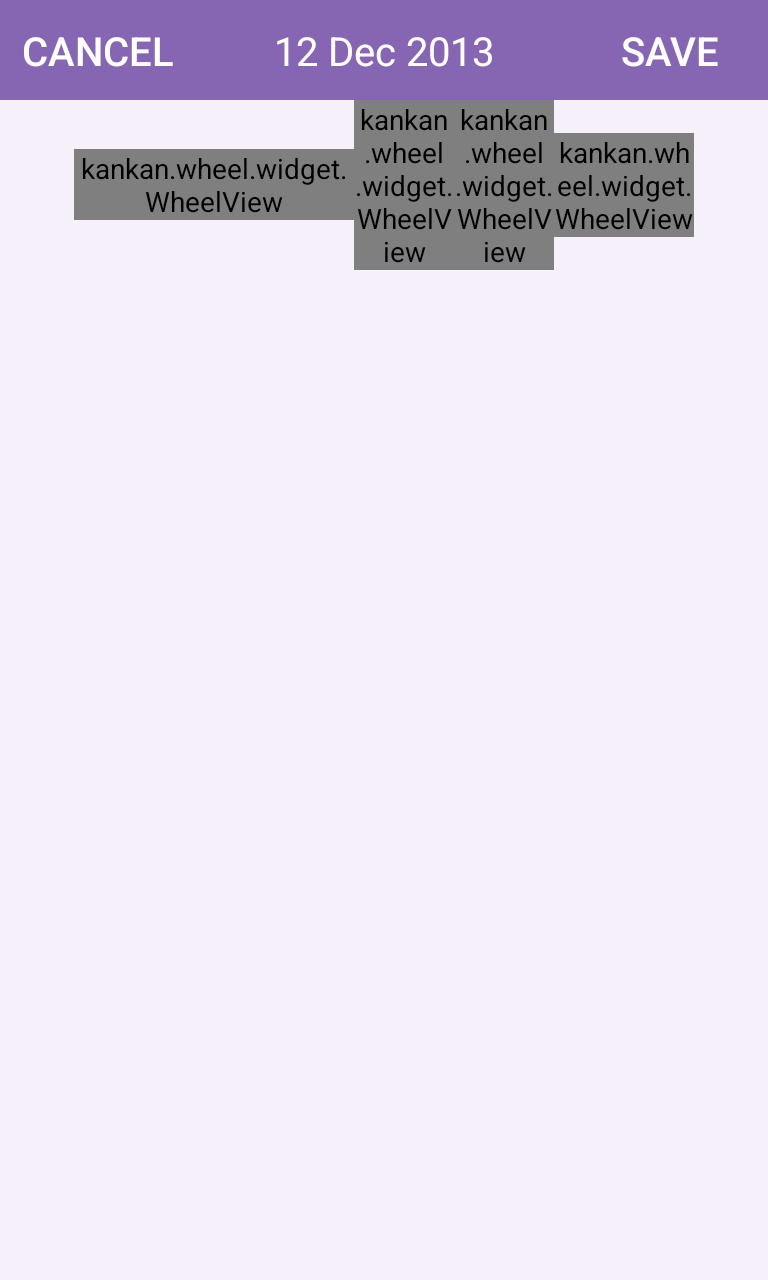
Repository: HighAley/android-uipicker
Layout: android-ui-picker-view/res/layout/dialog_time.xml
An editor plug-in stored every save of this project. The layout is shown before and after the next save, followed by the edit.
Pictures or frames that could not be fetched are drawn as grey boxes. It is drawn on a 768 x 1280 px phone screen (xhdpi) without system bars, with theme AppTheme; the app's code is not run.

Above is the layout before, as saved 2014-10-02 12:21:32.

### android-ui-picker-view/res/layout/dialog_time.xml
<?xml version="1.0" encoding="utf-8"?>
<RelativeLayout xmlns:android="http://schemas.android.com/apk/res/android"
    android:layout_width="fill_parent"
    android:layout_height="wrap_content"
    android:background="@color/main_color_light">
    <RelativeLayout android:id="@+id/layout_titlebar"
        android:layout_width="fill_parent"
        android:layout_height="50dp"
        android:background="@color/main_color">
        <Button android:id="@+id/btn_cancel"
	        android:layout_width="wrap_content"
	        android:layout_height="wrap_content"
	        android:layout_alignParentLeft="true"
	        android:text="@string/cancel"
	        android:textSize="20sp"
	        android:textColor="@android:color/white"
	        android:background="@android:color/transparent"
	        android:layout_centerVertical="true"
	        android:layout_marginLeft="5dp"/>
	    <TextView android:id="@+id/title"
	        android:layout_width="wrap_content"
	        android:layout_height="fill_parent"
	        android:gravity="center"
	        android:layout_centerInParent="true"
	        android:textColor="@color/white"
	        android:textSize="20sp"
	        android:text="@string/_date1"/>
	    <TextView android:id="@+id/type"
	        android:layout_width="wrap_content"
	        android:layout_height="fill_parent"
	        android:layout_alignParentLeft="true"
	        android:layout_marginLeft="3dp"
	        android:gravity="center_vertical"
	         android:textColor="@color/white"
	        android:textSize="20sp"
	        android:text="@string/_end"
	        android:visibility="gone"/>
	    <Button android:id="@+id/btn_save"
	        android:layout_width="wrap_content"
	        android:layout_height="wrap_content"
	        android:text="@string/save"
	        android:textColor="@android:color/white"
	        android:textSize="20sp"
	        android:layout_alignParentRight="true"
	        android:layout_centerVertical="true"
	        android:background="@android:color/transparent"
	        android:layout_marginRight="5dp"/>
    </RelativeLayout>
    <LinearLayout android:id="@+id/layout1"
        android:layout_height="wrap_content"
        android:layout_width="fill_parent"
        android:gravity="center"
        android:layout_below="@id/layout_titlebar">

		<kankan.wheel.widget.WheelView android:id="@+id/day"
            android:layout_height="wrap_content"
            android:layout_width="140dp"/>
        <kankan.wheel.widget.WheelView android:id="@+id/hour"
            android:layout_height="wrap_content"
            android:layout_width="50dp"/>
        <kankan.wheel.widget.WheelView android:id="@+id/mins"
            android:layout_height="wrap_content"
            android:layout_width="50dp"/>
        <kankan.wheel.widget.WheelView android:id="@+id/am_pm"
            android:layout_height="wrap_content"
            android:layout_width="70dp"/>
    </LinearLayout>

</RelativeLayout>

### android-ui-picker-view/res/values/styles.xml
<resources>

    <!--
        Base application theme, dependent on API level. This theme is replaced
        by AppBaseTheme from res/values-vXX/styles.xml on newer devices.
    -->
    <style name="AppBaseTheme" parent="Theme.AppCompat.Light">
        <!--
            Theme customizations available in newer API levels can go in
            res/values-vXX/styles.xml, while customizations related to
            backward-compatibility can go here.
        -->
    </style>

    <!-- Application theme. -->
    <style name="AppTheme" parent="AppBaseTheme">
        <!-- All customizations that are NOT specific to a particular API-level can go here. -->
    </style>

    <style name="DialogAnimation">
        <item name="android:windowEnterAnimation">@anim/slide_up_dialog</item>
        <item name="android:windowExitAnimation">@anim/slide_out_down</item>
   </style>

    <!-- Animation for dialog box -->
    <style name="DialogSlideAnim" parent="@android:style/Theme.Dialog">
        <item name="android:windowAnimationStyle">@style/DialogAnimation</item>
        <item name="android:windowBackground">@android:color/transparent</item>
    </style>
</resources>

### android-ui-picker-view/res/values/colors.xml
<?xml version="1.0" encoding="utf-8"?>
<resources>
    <color name="main_color">#8666b2</color>
    <color name="main_color_transparent">#cc8666b2</color>
    <color name="main_color_light">#f6f0fb</color>
    <color name="main_color_gray">#f3f3f3</color>
    <color name="main_color_text">#a28ac3</color>
    <color name="main_color_disabled">#c2b2d8</color>
    <color name="main_color_blackish">#7e628d</color>
    <color name="main_bg">#f6f0fb</color>
    <color name="sliding_menu_bg">#e0e2e6</color>
    <color name="sliding_menu_header_bg">#f2f3f4</color>
    <color name="actionbar_blue">#5fb0d2</color>
    <color name="title_color">#7e89a5</color>
    <color name="white_transparent">#18ffffff</color>
    <color name="white_transparent_tile">#40ffffff</color>
    <color name="black_transparent">#18000000</color>
    <color name="white">@android:color/white</color>
    <color name="black">@android:color/black</color>
    <color name="divider_dark_gray">#aaaaaa</color>
    <color name="divider_light_gray">#cccccc</color>
    <color name="red_text">#ce1100</color>
    <color name="darker_gray_bg">#cccccc</color>
    <color name="black_text">#555555</color>
    <color name="gray_text">#999999</color>
    <color name="label">#8690ab</color>
    <color name="pink">#c05c99</color>
    <color name="transparent_pink">#885473</color>
    <color name="red">#df2056</color>
    <color name="tile0">#d25945</color>
    <color name="tile1">#c3a165</color>
    <color name="tile2">#629b6e</color>
    <color name="tile3">#d58b8b</color>
    <color name="tile4">#8666b2</color>
    <color name="tile5">#65b3b9</color>
    <color name="tile0_pressed">#915349</color>
    <color name="tile1_pressed">#897759</color>
    <color name="tile2_pressed">#59745d</color>
    <color name="tile3_pressed">#926c6c</color>
    <color name="tile5_pressed">#5a8083</color>
    <color name="menu_separator">#191918</color>
    <color name="menu_bg">#1c1c1b</color>
    <color name="transparent_black">#30000000</color>
    <color name="btn_bg">#30000000</color>

    <color name="wheel_sel_text_color">#8666b2</color>
    <color name="wheel_unsel_text_color">#508666b2</color>

    <color name="chart_color1">#6a4e78</color>
    <color name="chart_color2">#b48f57</color>
    <color name="chart_color3">#c34139</color>
    <color name="chart_color4">#caaa27</color>
    <color name="chart_color5">#528b5b</color>
    <color name="chart_color6">#bb8327</color>
    <color name="chart_color7">#6394ec</color>
    <color name="Acquamarine">#7FFFD4</color>
</resources>

### android-ui-picker-view/res/values/strings.xml
<?xml version="1.0" encoding="utf-8"?>
<resources>

    <!-- Dummy Strings -->
    <string name="_back">Back</string>
    <string name="_title">Title</string>
    <string name="_time1">9:45 PM</string>
    <string name="_time2">10:45 PM</string>
    <string name="_timer">05:12</string>
    <string name="_timer1">00:00</string>
    <string name="_hour1">1 hour</string>
    <string name="_name_harry">Harry</string>
    <string name="_name_emma">Emma</string>
    <string name="_date">21/12/2013</string>
    <string name="_date1">12 Dec 2013</string>
    <string name="_end">END</string>
    <string name="_duration">4h 25m</string>
    <string name="_duration1">9h 17m</string>
    <string name="_duration2">4h 25m</string>
    <string name="_duration3">30 min</string>
    <string name="_bottle_event">Bottle EVENT</string>
    <string name="_nursing">Nursing</string>
    <string name="_account_creation">Account Creation</string>
    <string name="_pumping">Pumping</string>
    <string name="_email">govind@mobisys.in</string>

    <!-- Strings -->
    <string name="loading">Loading...</string>
    <string name="app_name">Baby Sidekick</string>
    <string name="reset">Reset</string>
    <string name="reset_password">Reset Password</string>
    <string name="are_you_sure">Are You Sure?</string>
    <string name="reset_confirmation_msg">Do you want to reset the events position with default position?</string>
    <string name="back">Back</string>
    <string name="date">Date</string>
    <string name="time">Time</string>
    <string name="timeline">Timeline</string>
    <string name="update">Update</string>
    <string name="start">Start</string>
    <string name="start_time">START TIME</string>

    <string name="action_settings">Settings</string>
    <string name="sleep">Sleep</string>
    <string name="bottle">Bottle</string>
    <string name="pumping">Pumping</string>
    <string name="nursing">Nursing</string>
	<string name="new_user">I\'m a new user</string>
	<string name="existing_user">I\'m an existing user</string>
	<string name="new_profile">NEW CHILD PROFILE</string>
	<string name="edit_child_profile">Edit Child Profile</string>
	<string name="child">CHILD</string>
	<string name="childrens">Childrens</string>
	<string name="connect_to_existing_ciield">Connect to existing child</string>
	<string name="label_name">Name:</string>
	<string name="label_gender">Gender:</string>
	<string name="label_birthday">Birthday:</string>
	<string name="label_baby_drinks">Baby Drinks:</string>
	<string name="boy">Boy</string>
	<string name="girl">Girl</string>
	<string name="hint_baby_name">Baby name</string>
	<string name="hint_caregiver_name">Caregiver name</string>
	<string name="caregiver">CAREGIVER</string>
	<string name="male">Male</string>
	<string name="female">Female</string>
	<string name="take_photo">Take Photo</string>
	<string name="save_new_child">Save New Child</string>
	<string name="save">Save</string>
	<string name="cancel">Cancel</string>
	<string name="today">TODAY</string>
	<string name="dash">--</string>
	<string name="end_time">END TIME</string>
	<string name="left_breast">Left Breast</string>
	<string name="right_breast">Right Breast</string>
	<string name="notes_area">Notes Area</string>
	<string name="add_photo">Add Photo</string>
	<string name="latest_events">LATEST EVENTS</string>
	<string name="last">LAST</string>
	<string name="min">MIN</string>
	<string name="qty">QTY</string>
	<string name="oz">oz</string>
	<string name="ml">ml</string>
	<string name="inches">Inches</string>
	<string name="foot">Foot/In</string>
	<string name="cm">Cm</string>
	<string name="lbs">Lbs</string>
	<string name="lbs_oz">Lbs/oz</string>
	<string name="kg">Kg</string>
	<string name="duration">DURATION</string>
	<string name="timer">TIMER</string>
	<string name="milk">Milk</string>
	<string name="formula">Formula</string>
	<string name="juice">Juice</string>
	<string name="water">Water</string>
	<string name="pee">Pee</string>
	<string name="potty">Potty</string>
	<string name="diaper_rash">Diaper Rash</string>
	<string name="applied_cream">Applied Cream</string>
	<string name="dry">Dry</string>
	<string name="poop">Poop</string>
	<string name="consistency">Consistency</string>
	<string name="color">Color</string>
	<string name="quantity">QUANTITY</string>
	<string name="yesterday">YESTERDAY</string>
	<string name="label_nursing">NURSING</string>
	<string name="label_7day_avg">7DAY AVG</string>
	<string name="label_last">LAST</string>
	<string name="label_bottle">BOTTLE</string>
	<string name="label_diaper">DIAPER</string>
	<string name="label_pumping">PUMPING</string>
	<string name="label_sleep">SLEEP</string>
	<string name="label_solid">FOOD</string>
	<string name="label_bath">BATH</string>
	<string name="label_head_size">HEAD SIZE</string>
	<string name="label_height">HEIGHT</string>
	<string name="label_weight">WEIGHT</string>
	<string name="label_milestone">MILESTONE</string>
	<string name="weight">Weight</string>
	<string name="height">Height</string>
	<string name="headsize">Headsize</string>
	<string name="charts">CHARTS</string>
	<string name="reminders">REMINDERS</string>
	<string name="dark_mode">DARK MODE</string>
	<string name="add_caregiver">ADD CAREGIVER</string>
	<string name="edit_user_profile">Edit User Profile</string>
	<string name="edit_caregiver_profile">Edit Caregiver Profile</string>
	<string name="add_edit_child">Add/Edit Children</string>
	<string name="customize_home_page">Customize Home Page</string>
	<string name="synchronize">Synchronize</string>
	<string name="home">Home</string>
	<string name="logout">Logout</string>
	<string name="faq">FAQ</string>
	<string name="support">Support</string>
	<string name="tip_custom_screen">Please tap on the tile which you want to change.</string>
	<string name="empty">Empty</string>
	<string name="select_from">Select From</string>
    <string name="camera">Camera</string>
    <string name="gallery">Gallery</string>
    <string name="retry">RETRY</string>
	<string name="error_uncaught">Sorry, there was an unexpected error.</string>
    <string name="no_connection">Unable to connect to our servers. Please check your data connection.</string>
    <string name="no_internet">No Internet</string>
    <string name="create_account">CREATE ACCOUNT</string>
    <string name="create_online_account">Create Online Account</string>
    <string name="Legal">Legal</string>
    <string name="privacy_policy">Privacy Policy</string>
    <string name="terms_and_conditions">Terms &amp; Conditions</string>
    <string name="empty_event">--</string>
    <string name="save_changes">Save Changes</string>
    <string name="delete">Delete</string>
    <string name="confirm">Confirm</string>
    <string name="msg_delete_event">Do you want to delete this event ?</string>
    <string name="msg_event_added">%s event added</string>
    <string name="new_milestone">New Milestone</string>
    <string name="smiling">Smiling</string>
    <string name="lifting_head">Lifting Head</string>
    <string name="rolling_back_to_front">Rolling back to front</string>
    <string name="rolling_front_to_back">Rolling front to back </string>
    <string name="grabbing">Grabbing</string>
    <string name="hugging">Hugging</string>
    <string name="playing_peekaboo">Playing peekaboo</string>
    <string name="sitting_up">Sitting up</string>
    <string name="crawling">Crawling</string>
    <string name="pulling_up">Pulling up</string>
    <string name="new_tooth">New Tooth</string>
    <string name="first_word">First word</string>
    <string name="clapping_hands">Clapping Hands</string>
    <string name="waving_bye_bye">Waving bye bye</string>
    <string name="standing_up">Standing up</string>
    <string name="taking_first_step">Taking first step</string>
    <string name="walking">Walking</string>
    <string name="month">Month</string>
    <string name="days_30">30 days</string>
    <string name="days_7">7 days</string>
    <string name="caregiver_single">%d caregiver</string>
    <string name="caregivers">%d caregivers</string>
    <string name="child_updated">Child updated successfully</string>
    <string name="child_added">Child added successfully</string>
    <string name="change_password">Change Password</string>
    <string name="msg_stop_timer">Please stop the timer to save the event, or click the "Back" button to return to the homepage while timer continues.</string>

    <string name="bread">Bread</string>
    <string name="fish">Fish</string>
    <string name="rice">Rice</string>
    <string name="cereal">Cereal</string>
    <string name="fruit">Fruit</string>
    <string name="sweets">Sweets</string>
    <string name="dairy">Dairy</string>
    <string name="meat">Meat</string>
    <string name="veggie">Veggie</string>
    <string name="eggs">Eggs</string>
    <string name="pasta">Pasta</string>
    <string name="yogurt">Yogurt</string>
    <string name="refused_food">Refused Food</string>
    <string name="other">Other</string>
    <string name="first_time_sync">First sync running</string>

    <!-- Latest events string format -->
    <string name="bottle_latest_event" formatted="false">&#40;%s&#41; %s %s</string>
    <string name="weight_latest_event" formatted="false">%.2f %s</string>
    <string name="weight_lbs_oz_latest_event" formatted="false">%dlbs %doz</string>
    <string name="nursing_latest_event" formatted="false">%s min L, %s min R</string>
    <string name="pumping_latest_event" formatted="false">%sL, %sR %s</string>
    <string name="height_latest_event" formatted="false">%s %s</string>
    <string name="headsize_latest_event" formatted="false">%s %s</string>
    <string name="diaper_latest_event_1" formatted="false">Pee+Poop &#40;%s, %s&#41;</string>
    <string name="diaper_latest_event_2" formatted="false">Pee+Poop</string>
    <string name="diaper_latest_event_3" formatted="false">Pee</string>
    <string name="diaper_latest_event_4" formatted="false">Dry</string>
    <string name="sleep_latest_event" formatted="false">%s (%s)</string>

    <!-- String titles -->
    <string name="bottle_event">BOTTLE</string>
    <string name="pumping_event">PUMPING</string>
    <string name="create_profile">Create Profile</string>
    <string name="customize">Customize</string>
    <string name="account_created">Account created</string>
    <string name="caregiver_added">Caregiver added</string>
    <string name="create_profile_alert">Before you can add anew caregiver you must craete an online account.</string>
    <string name="name">Name\:</string>
    <string name="association">Association\:</string>
    <string name="e_mail">E-mail\:</string>
    <string name="password">Password</string>
    <string name="email">Email</string>
    <string name="message">Message</string>
    <string name="_password">Password\:</string>
    <string name="password_hint">6 to 20 letters or numbers</string>
	<string name="confirm_password">Confirm Password\:</string>
	<string name="sign_in">Sign In</string>
	<string name="forgot_password">Forgot Password</string>
	<string name="tc1">By clicking Create Acccount, you agree to our</string>
	<string name="tc1_launcher">By using this application you are agreeing to our</string>
	<string name="tc3">Terms &amp; Conditions</string>
	<string name="tc4">and</string>
	<string name="tc5">Privacy Policies</string>
    <string name="info_mother_association">Mother caregivers have permission to view and edit all information for child</string>
	<string name="send_invitation">Send e-mail invitation to new caregiver?</string>
	<string name="yes">Yes</string>
	<string name="no">No</string>
	<string name="add_child">Add Child</string>
	<string name="msg_support">Have an issue, comment or feature request? Contact us here or send us an email at support@babysidekick.com.</string>
	<string name="send">Send</string>
	<string name="msg_add_message">Please write some message for us.</string>
	<string name="req_posted">Thank you for posting support request.</string>
	<string name="msg_reset_password">Your password has been reset and sent to your email address.</string>
	<string name="success">Success</string>
	<string name="old_password">Old Password</string>
	<string name="new_password">New Password</string>
	<string name="confirm_password_hint">Confirm Password</string>
	<string name="msg_change_password">Change Password successfully</string>
	<string name="white_noise">White Noise</string>
	<string name="msg_legal_home">By using this application you are agreeing to our &lt;a href="http://www.babysidekick.com/terms-and-conditions/">Terms &amp; Conditions&lt;/a> and &lt;a href="http://www.babysidekick.com/privacy-policy/">Privacy Policy&lt;/a></string>
	<string name="msg_sleep_not_saved">Sleep event is not saved. Pressing back will delete the whole event. Are you sure you want to delete event?</string>

	<!-- Error Messages -->
	<string name="error">Error!</string>
	<string name="err_msg_child_name">Baby Name should not be empty</string>
	<string name="err_msg_baby_birthday">Select baby birthday</string>
	<string name="err_msg_baby_drinks">Select Baby drinks</string>
	<string name="err_msg_select_association">Select your association with child</string>
	<string name="err_msg_select_send_invitation">Select send invitation email option</string>
	<string name="err_msg_caregiver_name">Caregiver Name should not be empty</string>
	<string name="err_msg_caregiver_birthday">Select caregiver birthday</string>
	<string name="err_msg_Select_date_time">Select proper date-time</string>
	<string name="err_msg_null_duration">You can not add an event with no duration</string>
	<string name="err_msg_select_liquid_type">Please select liquid type.</string>
	<string name="err_msg_set_quantity">Please set the liduid quantity</string>
	<string name="err_msg_select_time">Please select the time</string>
	<string name="err_msg_select_quantity">Please select quantity</string>
	<string name="err_msg_select_food">Please select food</string>
	<string name="err_msg_set_weight">Please set the weight</string>
	<string name="err_msg_select_milestone">Please select milestone</string>
	<string name="err_msg_set_headsize">Please set the Headsize</string>
	<string name="err_msg_set_height">Please set the height</string>
	<string name="err_msg_select_metric">Please select metric(oz/ml)</string>
	<string name="err_msg_stop_timer">Please stop the timer first</string>
	<string name="err_msg_caregiver_exists">Caregiver relationship already exists.</string>
	<string name="err_msg_set_duration">Please set duration</string>
	<string name="err_msg_enter_name">Enter Name</string>
	<string name="err_posting_request">Error posting suppor request. Please try again.</string>
	<string name="err_reset_password">Email id is not registered.</string>
	<string name="err_change_password">Error changing password. Please try again.</string>
	<string name="err_end_time">End time cannot be before start time!</string>

	<!-- google Analytics -->

	<string name="analytics_tile_event_str" formatted="false">Event Name : %s,Event Type : %s</string>
	<string name="analytics_new_child_save_str" formatted="false">Event Name : %s</string>
	<string name="analytics_caregiver_str" formatted="false">Event Name : %s,Email : %s</string>
	<string name="analytics_save_event_str" formatted="false">EventType: %s, Photo: %s, Notes: %s, Duration: %s</string>
</resources>

After the next save:
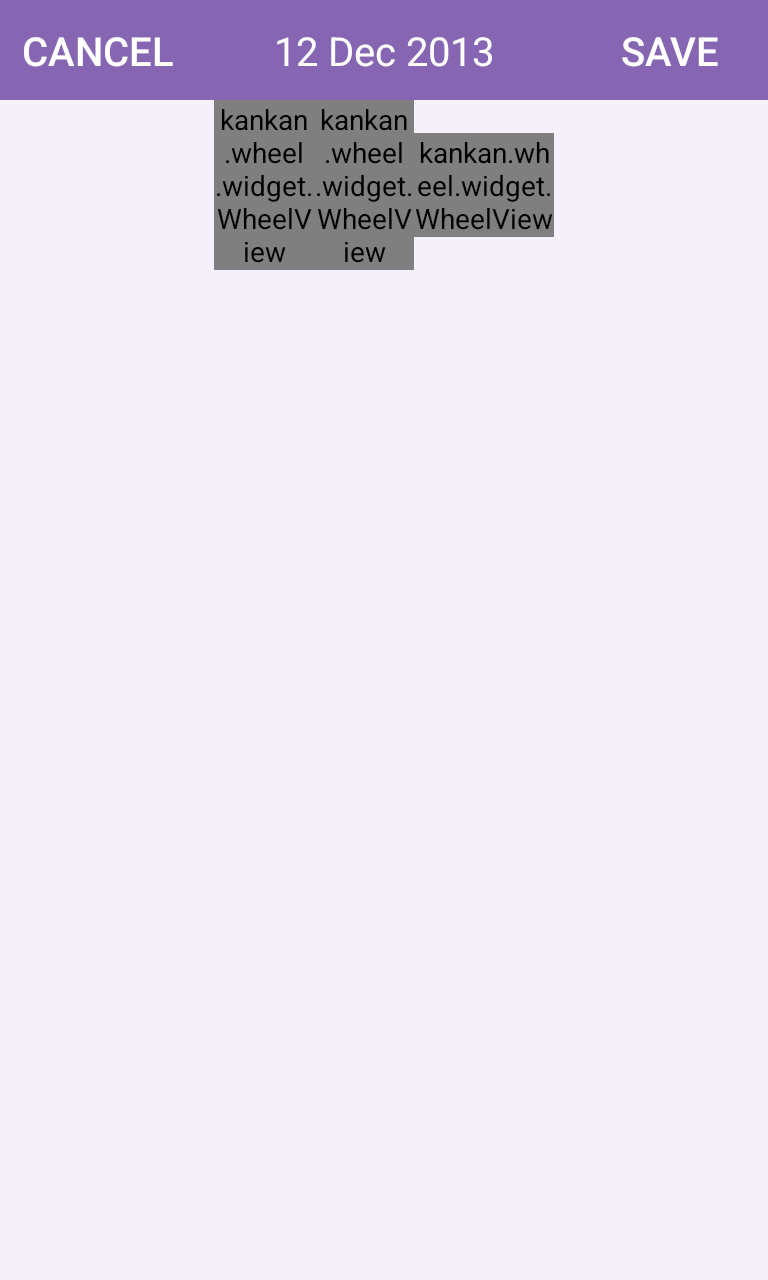
Saved 20 s later.
--- a/android-ui-picker-view/res/layout/dialog_time.xml
+++ b/android-ui-picker-view/res/layout/dialog_time.xml
@@ -52,9 +52,6 @@
         android:gravity="center"
         android:layout_below="@id/layout_titlebar">
 
-		<kankan.wheel.widget.WheelView android:id="@+id/day"
-            android:layout_height="wrap_content"
-            android:layout_width="140dp"/>
         <kankan.wheel.widget.WheelView android:id="@+id/hour"
             android:layout_height="wrap_content"
             android:layout_width="50dp"/>
